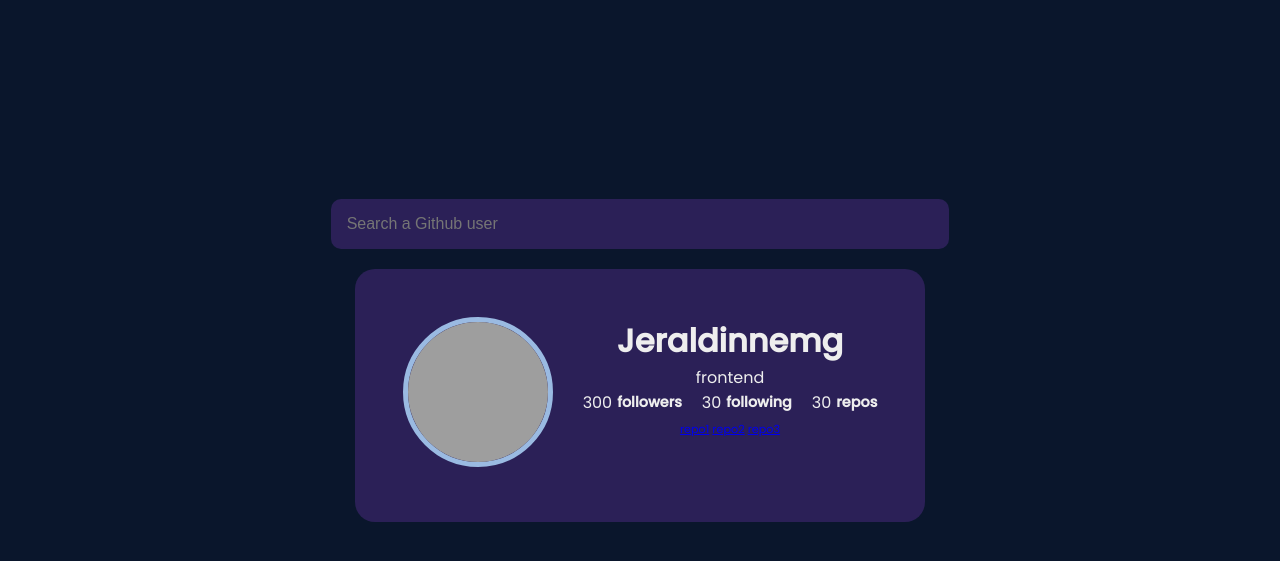
Repository: jeraldinnemg/githubprofile
Page: index.html
The author's editor kept a copy of each file at every save. The page is drawn from the files as they stood at one save, then again after the next save.
The browser window is 1280 px wide. The pictures show the whole page.
Pictures or frames that could not be fetched are drawn as grey boxes.

Above is the page before, as saved 2022-09-16 23:53:52.

After the next save:
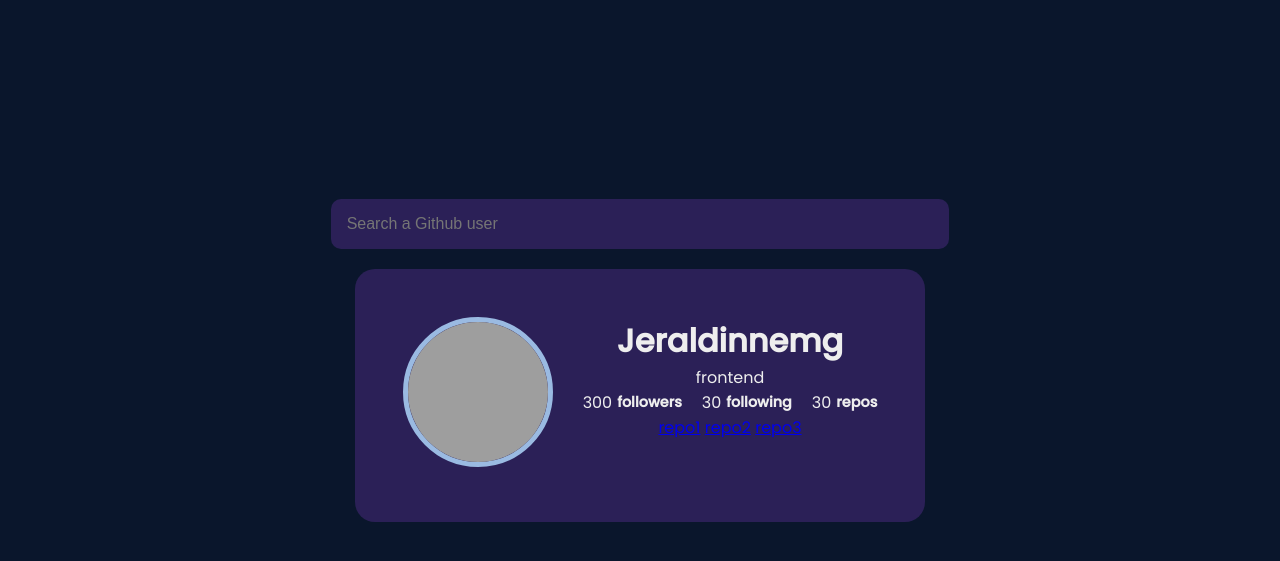
Saved 11 s later.
--- a/style.css
+++ b/style.css
@@ -105,7 +105,7 @@
     margin-left: 0.5;
 }
 
-.user-repos{
+.users-repos{
     display: inline-block;
     text-decoration: none;
     font-size:0.7rem;

After the save that followed:
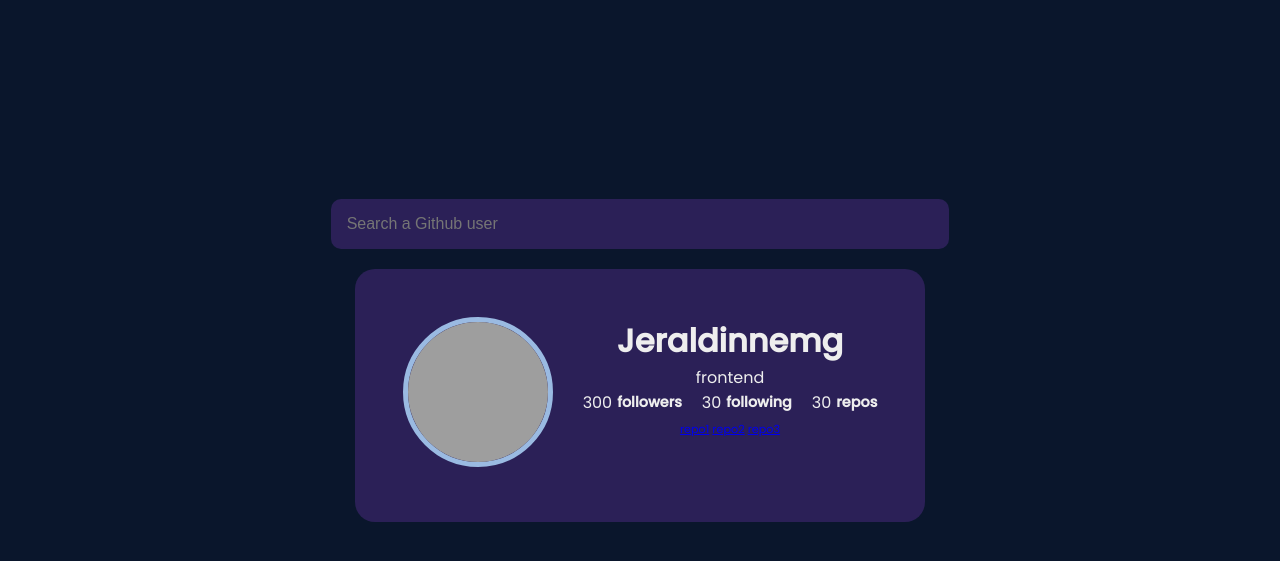
Saved 9 s later.
--- a/style.css
+++ b/style.css
@@ -105,7 +105,7 @@
     margin-left: 0.5;
 }
 
-.users-repos{
+.user-repos{
     display: inline-block;
     text-decoration: none;
     font-size:0.7rem;
